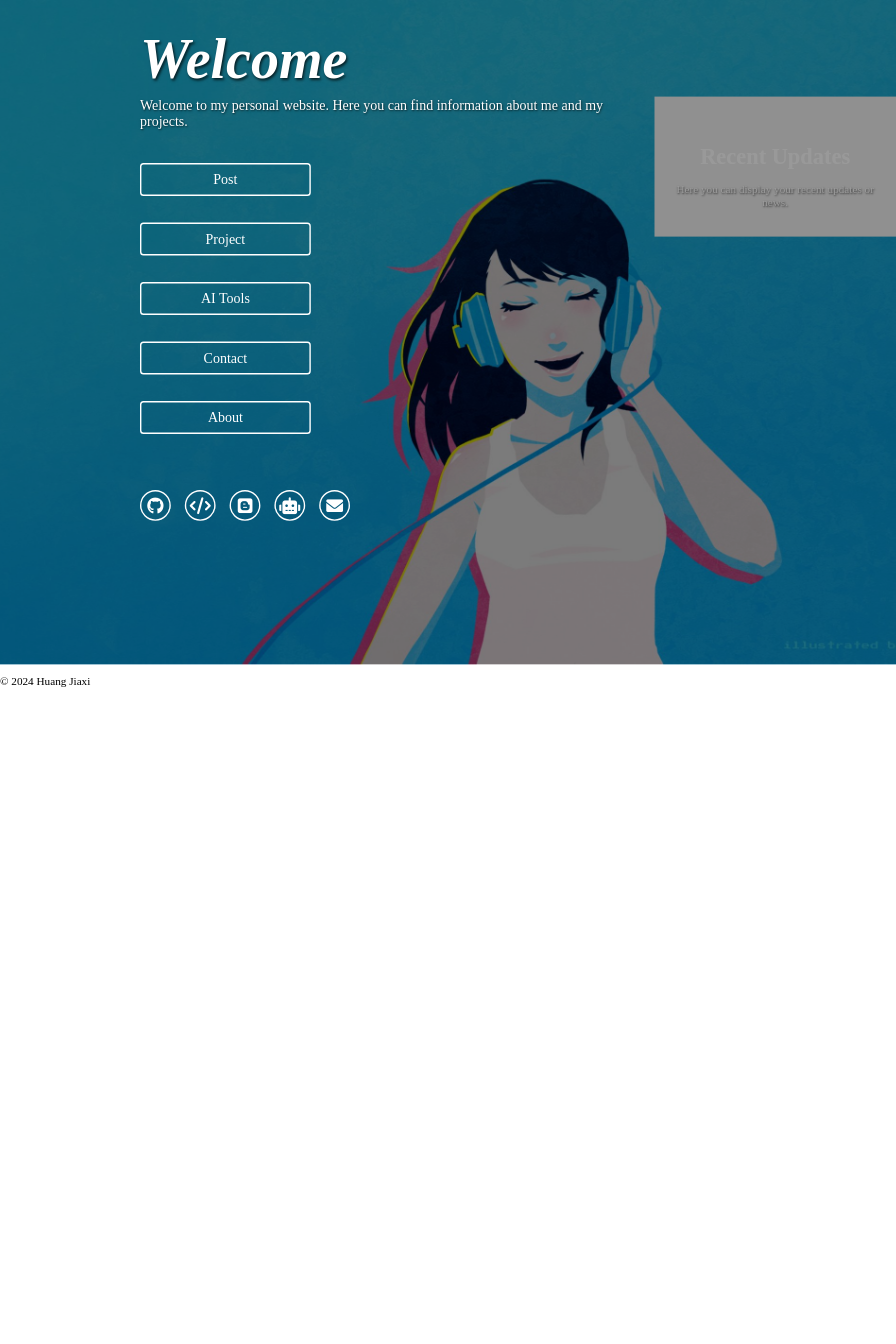
Repository: cydxf/cydxf.github.io
Page: index.html
An editor plug-in stored every save of this project. The page is shown before and after the next save, followed by the edit.
The browser window is 1280 px wide. The pictures show the part of the page from y = 0 to 1920 px (the page is 2880 px tall), at 70% of full size.

Above is the page before, as saved 2024-08-02 04:25:35.

After the next save:
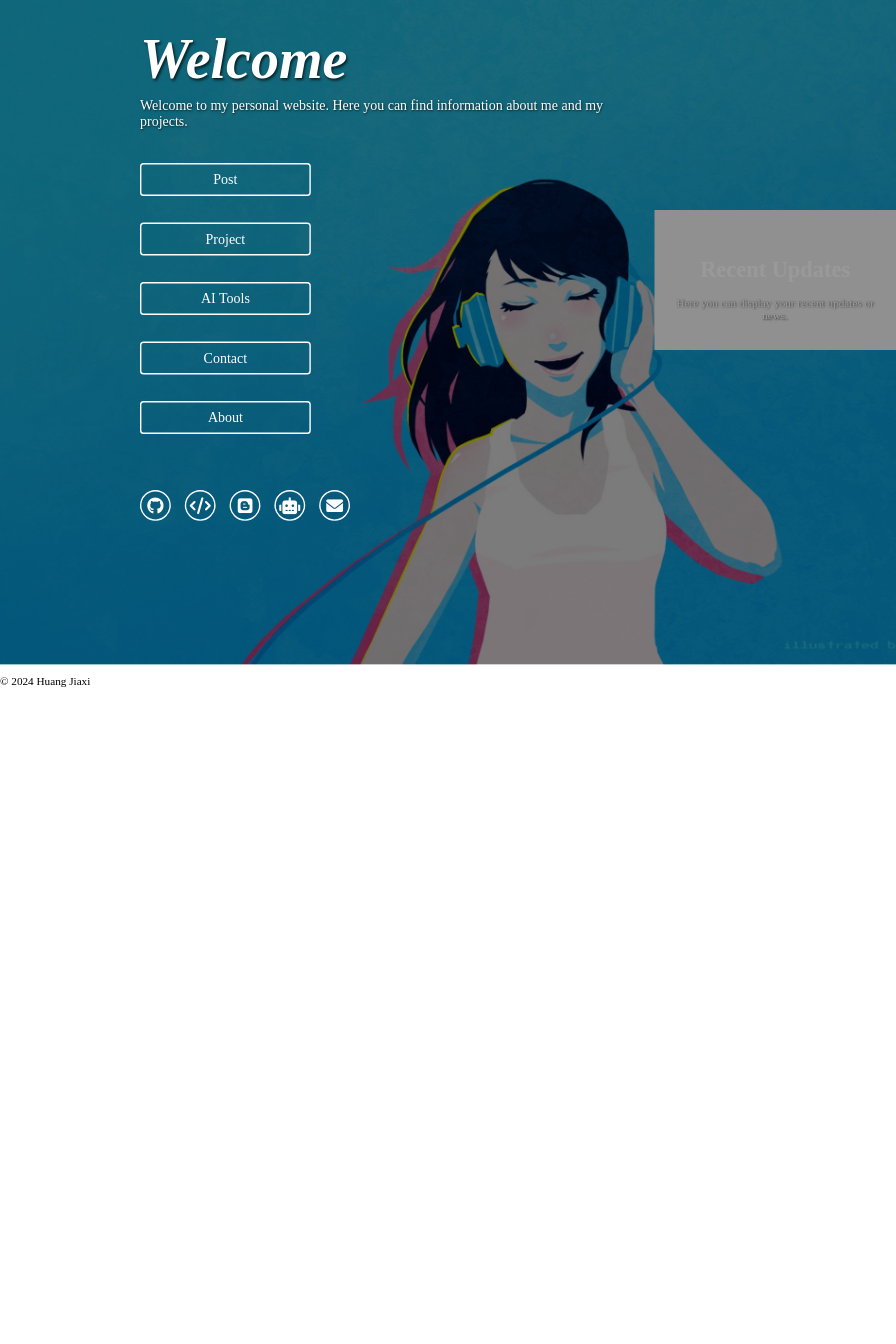
Saved 8 s later.
--- a/css/styles.css
+++ b/css/styles.css
@@ -111,7 +111,7 @@ body, html {
 .updates-section {
     background-color: #f0f0f0; /* Light grey background */
     padding: 40px 20px; /* Padding for spacing inside the section */
-    margin-top: 138px; /* Ensure it is directly below the hero section */
+    margin-top: 300px; /* Ensure it is directly below the hero section */
 }
 
 .updates-content {
